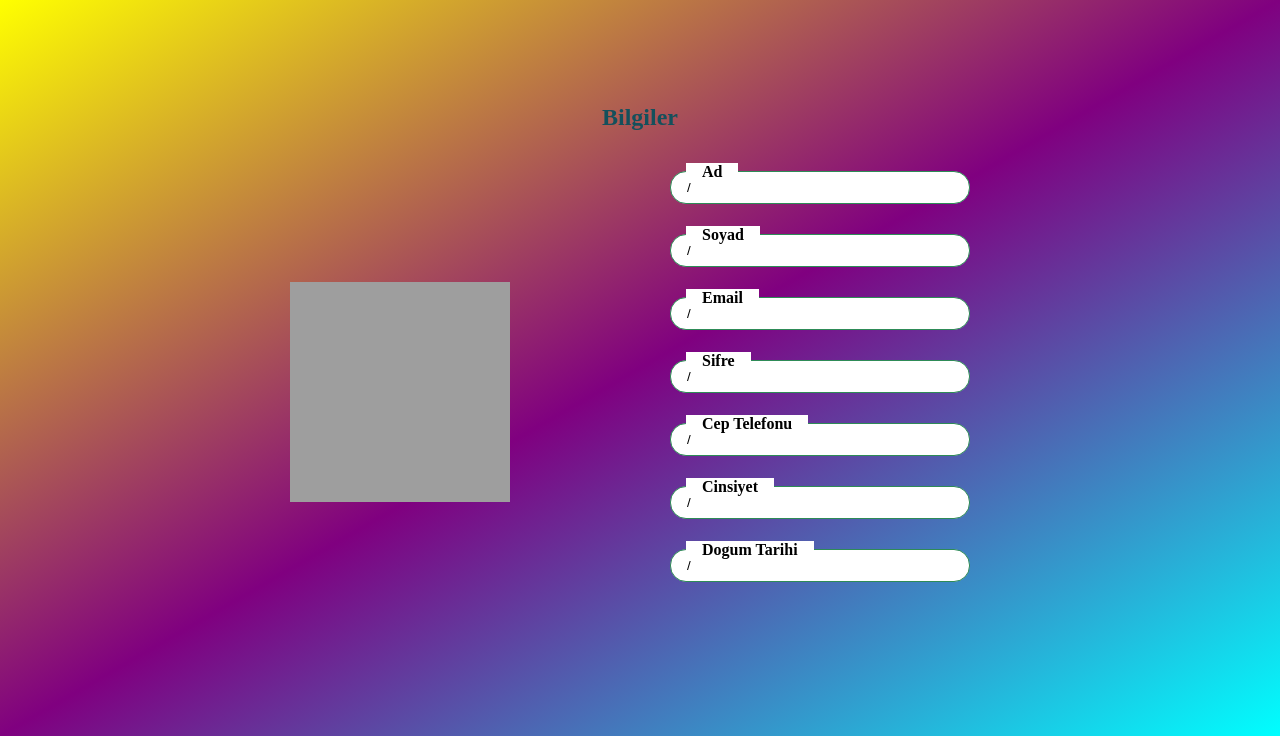
Repository: aenesyvz/web-programming-project
Page: http://localhost/test4/info.jsp
An editor plug-in stored every save of this project. The page is shown before and after the next save, followed by the edit.
The browser window is 1280 px wide. The pictures show the whole page.
Pictures or frames that could not be fetched are drawn as grey boxes. The page is served by Tomcat 9.

Above is the page before, as saved 2023-05-11 05:02:30.

After the next save:
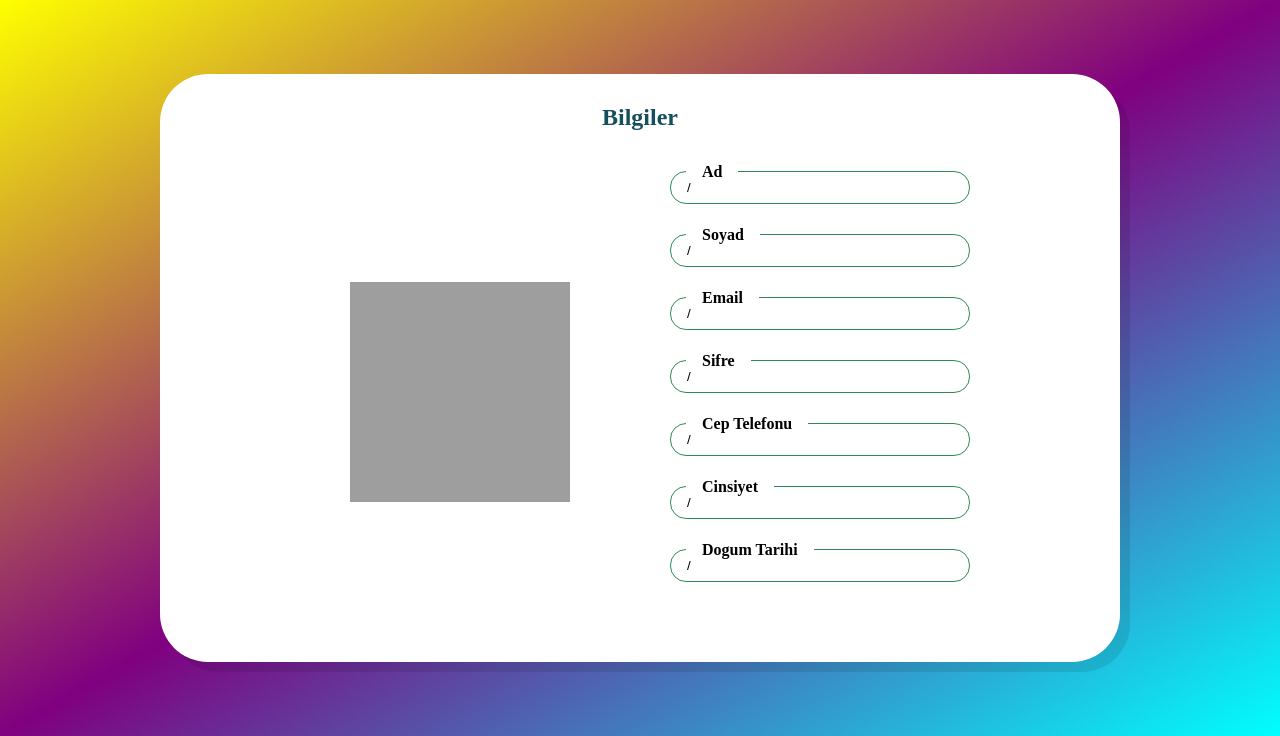
Saved 30 s later.
--- a/test/test4/src/main/webapp/css/index.css
+++ b/test/test4/src/main/webapp/css/index.css
@@ -36,6 +36,16 @@
   }
 
   .container-info{
+  display:flex;
+	justify-content:center;
+	align-items:center;
+	flex-direction:column;
+	margin:auto;
+
+    padding:20px 10px;
+    background-color: #ffffff;
+    box-shadow: 10px 10px rgba(0, 0, 0, 0.096);
+    border-radius:3rem;
   	width:60rem;
   }
 
